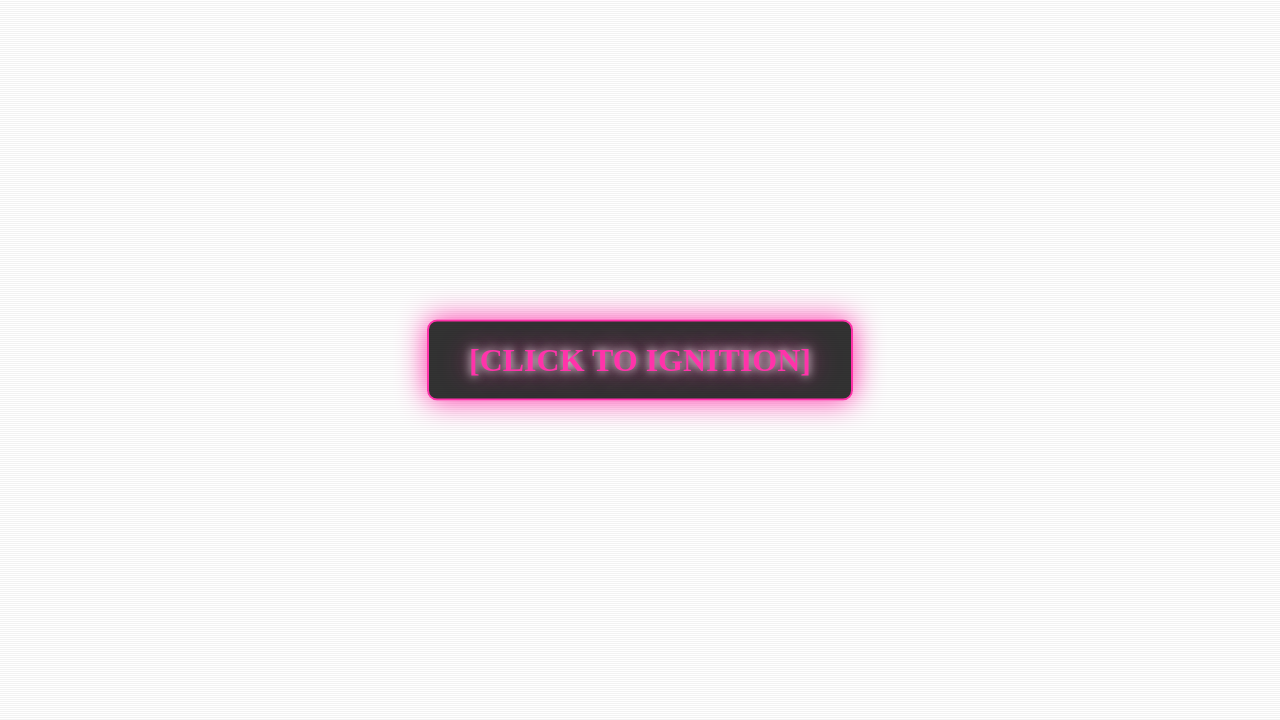
Repository: chatgdpkuesuto-sys/quest-rpg
Page: 00_Dashboard/index.html
The author's editor kept a copy of each file at every save. The page is drawn from the files as they stood at one save, then again after the next save.
The browser window is 1280 px wide. The pictures show the whole page.

Above is the page before, as saved 2026-02-20 07:54:59.

### 00_Dashboard/index.html
<!DOCTYPE html>
<html lang="ja">

<head>
    <meta charset="UTF-8">
    <meta name="viewport" content="width=device-width, initial-scale=1.0">
    <title>Machadun Dashboard (OBS Overlay)</title>
    <link rel="stylesheet" href="style.css">
</head>

<body>
    <!-- 背景CG用コンテナ (engine.js で background-image を動的に制御) -->
    <div id="bg-container"></div>

    <!-- 狂気・発情エフェクト用オーバーレイ -->
    <div id="blood-overlay"></div>
    <div id="glitch-overlay"></div>

    <!-- BGM等制御用の初期化ボタン (ブラウザの自動再生ポリシー対策用) -->
    <div id="init-audio" onclick="initEngine()">[CLICK TO IGNITION]</div>

    <!-- Zundamon Voice Player -->
    <audio id="voice-player" src="outputs/voice.wav" preload="none"></audio>
    <!-- Sound Effects Player -->
    <audio id="se-player" preload="none"></audio>

    <!-- 🌟 NEW: ダイアログ（テキスト）ボックス 🌟 -->
    <div id="dialogue-container">
        <div id="dialogue-text">ここにAI（りりす）からの官能テキストや悲鳴が表示されます……。アクションを選択してください。</div>
    </div>

    <script>
        async function sendAction(actionName, x = 0, y = 0) {
            console.log(`Action Sent: ${actionName} at (${x}%, ${y}%)`);

            // 視覚的フィードバック（クリック時）
            document.body.style.animation = "shake 0.1s";
            setTimeout(() => document.body.style.animation = "none", 100);

            try {
                // URLパラメータにタイムスタンプをつけてキャッシュを完全に無効化する
                await fetch(`http://localhost:5000/action?t=${Date.now()}`, {
                    method: 'POST',
                    headers: {
                        'Content-Type': 'application/json',
                        'Cache-Control': 'no-cache'
                    },
                    body: JSON.stringify({
                        action: actionName,
                        x: x,
                        y: y,
                        time: Date.now()
                    })
                });
            } catch (e) {
                console.error("Failed to send action:", e);
            }
        }

        // 🌟 NEW: クリックエフェクト（視覚的ギミック）
        function createClickEffect(x, y) {
            const effect = document.createElement('div');
            effect.className = 'click-effect';
            effect.style.left = x + '%';
            effect.style.top = y + '%';
            effect.innerHTML = '❤️'; // または '✨'
            document.body.appendChild(effect);

            // 効果音の再生（ある場合）
            const se = document.getElementById('se-player');
            se.src = 'sounds/hit.mp3';
            se.play().catch(e => console.log("SE Play blocked"));

            setTimeout(() => effect.remove(), 800);
        }

        // 🌟 NEW: フルスクリーン・マウスクリック制御 (座標取得版) 🌟
        document.addEventListener('contextmenu', event => event.preventDefault());

        document.addEventListener('mousedown', (event) => {
            if (event.target.id === 'init-audio') return;

            const xPercent = Math.round((event.clientX / window.innerWidth) * 100);
            const yPercent = Math.round((event.clientY / window.innerHeight) * 100);

            // エフェクト表示
            createClickEffect(xPercent, yPercent);

            if (event.button === 0) {
                // 左クリック
                sendAction("左クリック（部位指定アクション）", xPercent, yPercent);
            } else if (event.button === 2) {
                // 右クリック
                sendAction("右クリック（部位指定ハプニング）", xPercent, yPercent);
            }
        });
    </script>

    <!-- 設定ファイル読込 -->
    <script src="status.js"></script>
    <!-- エンジンロジック読込 -->
    <script src="engine.js"></script>
</body>

</html>

### 00_Dashboard/style.css
/* ==============================================
   00_Dashboard: OBS Overlay CSS
============================================== */

/* ========================================================== */
/* Dialogue Box (Visual Novel Style) */
/* ========================================================== */

#dialogue-container {
    display: none;
    /* User requested to hide text and rely on voice */
    position: absolute;
    bottom: 15%;
    left: 50%;
    transform: translateX(-50%);
    width: 80%;
    max-width: 1000px;
    background: rgba(10, 0, 5, 0.85);
    border: 2px solid #ff0055;
    border-radius: 10px;
    padding: 20px 30px;
    box-shadow: 0 0 20px rgba(255, 0, 85, 0.5), inset 0 0 10px rgba(255, 0, 85, 0.3);
    z-index: 40;
}

#dialogue-text {
    font-family: 'Times New Roman', serif;
    color: #ffb3c6;
    font-size: 24px;
    line-height: 1.6;
    text-shadow: 0 0 5px rgba(255, 0, 85, 0.8);
    min-height: 120px;
    flex-grow: 1;
}

/* ========================================================== */
/* Action Panel (Neural Bridge UI) */
/* ========================================================== */

:root {
    --neon-pink: #ff33aa;
    --deep-red: #cc0000;
    --bar-bg: rgba(20, 0, 5, 0.7);
}

body,
html {
    margin: 0;
    padding: 0;
    width: 100%;
    height: 100%;
    overflow: hidden;
    background-color: transparent;
    /* OBSで透過させるため */
    font-family: 'Shippori Mincho', "Noto Serif JP", serif;
}

/* --- BACKGROUND CG --- */
#bg-container {
    position: absolute;
    top: 0;
    left: 0;
    width: 100%;
    height: 100%;
    z-index: 1;
    overflow: hidden;
    display: flex;
    justify-content: center;
    align-items: center;
}

#bg-image {
    min-width: 100%;
    min-height: 100%;
    object-fit: cover;
    opacity: 0.8;
    /* 好みに応じて調整。透過チャット画面の後ろで輝く */
    filter: brightness(0.7) contrast(1.2);
    transition: all 0.5s ease;
}

/* --- OVERLAYS --- */
#blood-overlay {
    position: absolute;
    top: 0;
    left: 0;
    width: 100%;
    height: 100%;
    pointer-events: none;
    box-shadow: inset 0 0 0px rgba(255, 0, 128, 0);
    z-index: 5;
    transition: box-shadow 0.5s ease;
}

#glitch-overlay {
    position: absolute;
    top: 0;
    left: 0;
    width: 100%;
    height: 100%;
    pointer-events: none;
    background: repeating-linear-gradient(0deg,
            rgba(0, 0, 0, 0.1),
            rgba(0, 0, 0, 0.1) 1px,
            transparent 1px,
            transparent 2px);
    z-index: 6;
    opacity: 0.5;
}

/* 常に発動する心音パルス（発情度MAX用） */
.pulse-extreme {
    animation: extremePulse 0.8s infinite alternate !important;
}

@keyframes extremePulse {
    0% {
        transform: scale(1);
        box-shadow: inset 0 0 50px rgba(255, 0, 128, 0.4);
        filter: brightness(1);
    }

    100% {
        transform: scale(1.03);
        box-shadow: inset 0 0 150px rgba(255, 0, 50, 0.8);
        filter: brightness(1.3) contrast(1.5);
    }
}

/* --- STATUS BARS --- */
#status-container {
    position: absolute;
    bottom: 30px;
    right: 30px;
    width: 350px;
    z-index: 10;
    display: flex;
    flex-direction: column;
    gap: 15px;
}

.status-box {
    background: var(--bar-bg);
    border: 1px solid rgba(255, 255, 255, 0.2);
    border-radius: 4px;
    padding: 10px;
    box-shadow: 0 0 10px rgba(0, 0, 0, 0.8);
    position: relative;
}

.status-label {
    color: white;
    font-size: 1.1rem;
    font-weight: bold;
    margin-bottom: 5px;
    text-shadow: 0 0 5px black;
}

.progress-bar {
    width: 100%;
    height: 15px;
    background: #1a1a1a;
    border-radius: 2px;
    overflow: hidden;
    position: relative;
}

.progress-fill {
    height: 100%;
    width: 0%;
    transition: width 1s cubic-bezier(0.4, 0, 0.2, 1);
}

.progress-fill.arousal {
    background: linear-gradient(90deg, #aa0055, var(--neon-pink));
    box-shadow: 0 0 10px var(--neon-pink);
}

.progress-fill.despair {
    background: linear-gradient(90deg, #550000, var(--deep-red));
    box-shadow: 0 0 10px var(--deep-red);
}

.status-value {
    position: absolute;
    top: 5px;
    right: 15px;
    color: white;
    font-weight: bold;
    font-family: monospace;
    font-size: 1.2rem;
    text-shadow: 0 0 5px black;
}

/* アラートアニメーション */
.alert-glow {
    animation: alertGlow 0.5s infinite alternate;
}

@keyframes alertGlow {
    0% {
        border-color: rgba(255, 51, 170, 0.5);
        box-shadow: 0 0 10px rgba(255, 51, 170, 0.5);
    }

    100% {
        border-color: rgba(255, 51, 170, 1);
        box-shadow: 0 0 30px rgba(255, 51, 170, 1);
    }
}

/* --- INIT BUTTON --- */
#init-audio {
    position: absolute;
    top: 50%;
    left: 50%;
    transform: translate(-50%, -50%);
    z-index: 100;
    color: var(--neon-pink);
    font-size: 2rem;
    font-weight: bold;
    cursor: pointer;
    background: rgba(0, 0, 0, 0.8);
    padding: 20px 40px;
    border: 2px solid var(--neon-pink);
    border-radius: 10px;
    animation: neon-btn 1.5s infinite alternate;
}

@keyframes neon-btn {
    0% {
        box-shadow: 0 0 10px var(--neon-pink);
        text-shadow: 0 0 5px #fff, 0 0 10px var(--neon-pink);
    }

    100% {
        box-shadow: 0 0 30px var(--neon-pink);
        text-shadow: 0 0 10px #fff, 0 0 30px var(--neon-pink);
    }
}

/* ========================================================== */
/* クリックエフェクト（ギミック） */
/* ========================================================== */

.click-effect {
    position: absolute;
    pointer-events: none;
    font-size: 3rem;
    z-index: 1000;
    animation: click-rise 0.8s ease-out forwards;
    transform: translate(-50%, -50%);
    filter: drop-shadow(0 0 10px rgba(255, 100, 200, 0.8));
    text-shadow: 0 0 10px white;
}

@keyframes click-rise {
    0% {
        opacity: 0;
        transform: translate(-50%, -50%) scale(0.5);
    }

    15% {
        opacity: 1;
        transform: translate(-50%, -80%) scale(1.4);
    }

    100% {
        opacity: 0;
        transform: translate(-50%, -180%) scale(1.1);
    }
}

/* 画面揺れアニメーションの実装 */
@keyframes shake {
    0% {
        transform: translate(1px, 1px) rotate(0deg);
    }

    10% {
        transform: translate(-1px, -2px) rotate(-1deg);
    }

    20% {
        transform: translate(-3px, 0px) rotate(1deg);
    }

    30% {
        transform: translate(3px, 2px) rotate(0deg);
    }

    40% {
        transform: translate(1px, -1px) rotate(1deg);
    }

    50% {
        transform: translate(-1px, 2px) rotate(-1deg);
    }

    60% {
        transform: translate(-3px, 1px) rotate(0deg);
    }

    70% {
        transform: translate(3px, 1px) rotate(-1deg);
    }

    80% {
        transform: translate(-1px, -1px) rotate(1deg);
    }

    90% {
        transform: translate(1px, 2px) rotate(0deg);
    }

    100% {
        transform: translate(1px, -2px) rotate(-1deg);
    }
}

### 00_Dashboard/status.js
// ==============================================
// 00_Dashboard: Game State Data
// AI（3.1 Pro）がゲーム進行に合わせてこのファイルを直接書き換えます。
// ライブサーバー環境では、このファイルが上書き保存されると自動的に
// ブラウザがリロードされ、新しい値が取得されます。
// ==============================================

const GAME_STATE = {
    // 0〜100% の数値
    arousal: 15,    // 発情度（高くなると心音が鳴る）
    despair: 5,     // 絶望度（高くなると画面がグリッチする）

    // 背景画像への相対パス
    current_bg: "../99_Ero_Library/Images/Placeholder_CG.jpg",

    // 画面に一時的に表示するシステムメッセージやフラグ
    latest_event: "「男性」の匂いを感じ取り、ヒロインたちが集まった。",
    is_climax: false // trueになると特殊演出（フラッシュバックや絶叫オーディオなど）が発動可能
};

### 00_Dashboard/engine.js
// ==============================================
// 00_Dashboard: OBS Overlay Engine (Real-Time JSON Polling)
// ==============================================

// --- Audio Generation via Web Audio API ---
const audioCtx = new (window.AudioContext || window.webkitAudioContext)();
let heartbeatInterval = null;
let currentArousal = 0; // 同期用キャッシュ

// Audio Initialization (Must be clicked once due to browser autoplay policies)
function initEngine() {
    if (audioCtx.state === 'suspended') {
        audioCtx.resume();
    }
    document.getElementById('init-audio').style.display = 'none';

    // 0.5秒ごとにJSONをポーリングして画面を更新
    setInterval(pollGameState, 500);
    // 初期ポーリング
    pollGameState();
}

// ドクン、ドクンという心音を合成する関数
function playHeartbeat(intensity) {
    if (audioCtx.state === 'suspended') return;

    const baseFreq = 40 + (intensity * 0.5);

    const osc = audioCtx.createOscillator();
    const gainNode = audioCtx.createGain();

    osc.type = 'sine';

    osc.frequency.setValueAtTime(baseFreq, audioCtx.currentTime);
    osc.frequency.exponentialRampToValueAtTime(10, audioCtx.currentTime + 0.3);

    gainNode.gain.setValueAtTime(0, audioCtx.currentTime);
    gainNode.gain.linearRampToValueAtTime(1.0, audioCtx.currentTime + 0.05);
    gainNode.gain.exponentialRampToValueAtTime(0.1, audioCtx.currentTime + 0.15);
    gainNode.gain.linearRampToValueAtTime(0.8, audioCtx.currentTime + 0.2);
    gainNode.gain.exponentialRampToValueAtTime(0.01, audioCtx.currentTime + 0.4);

    osc.connect(gainNode);
    gainNode.connect(audioCtx.destination);

    osc.start();
    osc.stop(audioCtx.currentTime + 0.5);
}

// 発情度に応じた心音ループの更新
function updateHeartbeatLoop(arousalLevel) {
    if (currentArousal === arousalLevel) return; // 変更がなければ何もしない
    currentArousal = arousalLevel;

    if (heartbeatInterval) clearInterval(heartbeatInterval);

    if (arousalLevel < 30) return; // 30未満は心音なし

    const intervalMs = 1000 - ((arousalLevel - 30) * 8.5);

    heartbeatInterval = setInterval(() => {
        playHeartbeat(arousalLevel);

        // CSS Animation Sync
        const blood = document.getElementById('blood-overlay');
        blood.style.boxShadow = `inset 0 0 ${arousalLevel * 2}px rgba(255, 0, ${100 - arousalLevel}, ${arousalLevel / 100})`;
        setTimeout(() => {
            blood.style.boxShadow = `inset 0 0 0px rgba(255, 0, 128, 0)`;
        }, 300);

    }, intervalMs);
}

// 全局状態管理
let lastTimestamp = 0;
let variantInterval = null;
let currentVariantIndex = 1;

// ダッシュボード更新関数
async function pollGameState() {
    try {
        // キャッシュパージのためにタイムスタンプ付与
        const response = await fetch('status.json?t=' + new Date().getTime());
        if (!response.ok) return;
        const state = await response.json();

        // DOM Elements
        const bgImage = document.getElementById('bg-image');

        // Update Dialogue Text
        const dialogueBox = document.getElementById('dialogue-text');
        if (state.current_dialogue && dialogueBox.innerHTML !== state.current_dialogue) {
            dialogueBox.innerHTML = state.current_dialogue;
        }

        // Update Background Image if provided
        // status.json からの更新シグナル（タイムスタンプ変更）で強制更新する
        if (state.current_image) {
            // 初回ロード時、またはタイムスタンプが更新された場合に画像・音声をリロード
            if (!window.lastImageTimestamp || state.timestamp !== window.lastImageTimestamp) {
                const timeStr = "?t=" + (state.timestamp || new Date().getTime());

                // 画像更新
                // bgImage.src = state.current_image + timeStr; // Original line, replaced by new logic below

                // 音声更新と再生
                // 🌟 画像の更新処理
                const bgContainer = document.getElementById('bg-container');
                if (state.variant_mode) {
                    // バリエーションモード：10枚の画像をループ表示（簡易アニメーション）
                    if (!variantInterval) {
                        console.log("Starting Variant Animation Loop...");
                        variantInterval = setInterval(() => {
                            currentVariantIndex = (currentVariantIndex % 10) + 1;
                            bgContainer.style.backgroundImage = `url('outputs/variants/variant_${currentVariantIndex}.png?t=${Date.now()}')`;
                        }, 1000); // 1秒ごとに切り替え
                    }
                } else {
                    // 通常モード：最新の1枚を表示
                    if (variantInterval) {
                        clearInterval(variantInterval);
                        variantInterval = null;
                    }
                    if (state.current_image) {
                        bgContainer.style.backgroundImage = `url('${state.current_image}?t=${state.timestamp}')`;
                    }
                }
                const voicePlayer = document.getElementById('voice-player');
                if (voicePlayer) {
                    voicePlayer.src = "outputs/voice.wav" + timeStr;
                    voicePlayer.play().catch(e => console.log("Audio autoplay blocked:", e));
                }

                window.lastImageTimestamp = state.timestamp;
            }
        }

        // Arousal Effects (Visual Pulse)
        if (state.arousal >= 80) {
            document.body.classList.add('pulse-extreme');
        } else {
            document.body.classList.remove('pulse-extreme');
        }

        // Despair Effects (Glitch)
        const glitchOverlay = document.getElementById('glitch-overlay');
        if (state.despair >= 50) {
            glitchOverlay.style.opacity = (state.despair / 100);
            if (state.despair >= 80) {
                document.body.style.animation = "shake 0.3s infinite";
            }
        } else {
            glitchOverlay.style.opacity = 0;
            document.body.style.animation = "none";
        }

        // オーディオループの即時更新
        updateHeartbeatLoop(state.arousal);

    } catch (error) {
        console.error("Failed to fetch status.json:", error);
    }
}

After the next save:
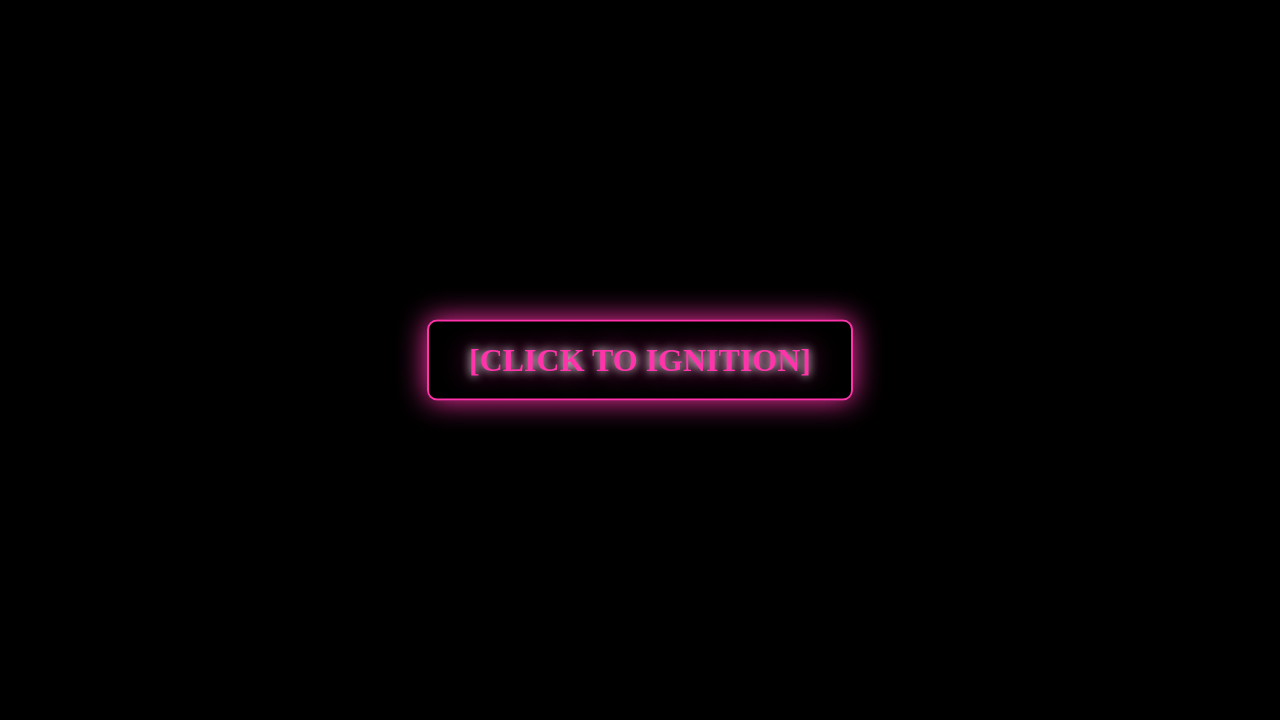
Saved 2 s later.
--- a/00_Dashboard/style.css
+++ b/00_Dashboard/style.css
@@ -67,17 +67,13 @@ html {
     display: flex;
     justify-content: center;
     align-items: center;
-}
-
-#bg-image {
-    min-width: 100%;
-    min-height: 100%;
-    object-fit: cover;
-    opacity: 0.8;
-    /* 好みに応じて調整。透過チャット画面の後ろで輝く */
-    filter: brightness(0.7) contrast(1.2);
-    transition: all 0.5s ease;
-}
+    background-size: cover;
+    background-position: center;
+    background-repeat: no-repeat;
+    background-color: #000;
+}
+
+
 
 /* --- OVERLAYS --- */
 #blood-overlay {
